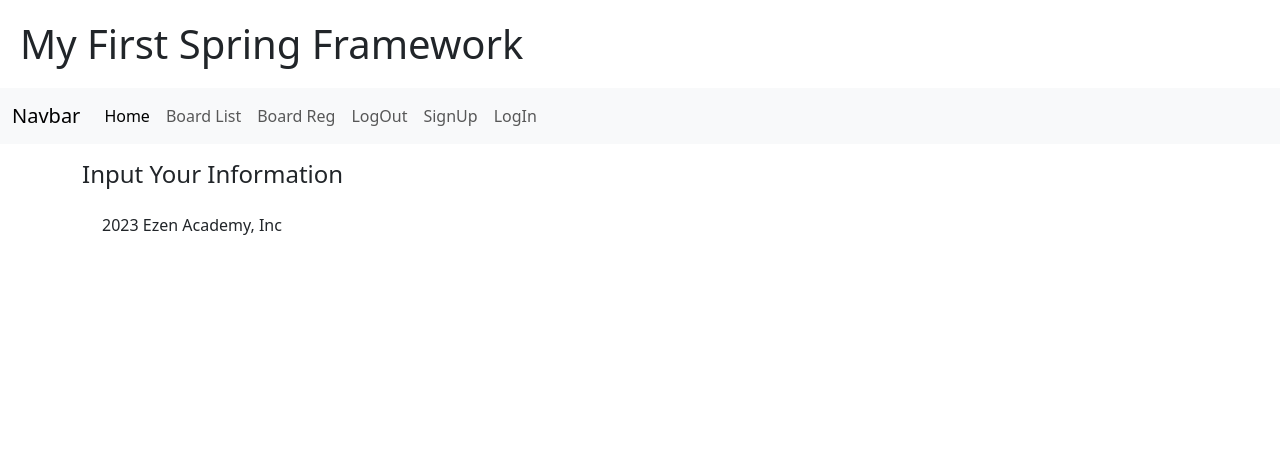
Repository: dhalfks/240115SpringProject
Page: http://localhost/spring_test2/WEB-INF/views/member/login.jsp
An editor plug-in stored every save of this project. The page is shown before and after the next save, followed by the edit.
The browser window is 1280 px wide. The pictures show the whole page.
The page is served by Tomcat 9. Nobody is signed in. The template is opened directly, without the code that normally fills it, so the values that code supplies are empty.

Above is the page before, as saved 2024-01-15 01:07:46.

After the next save:
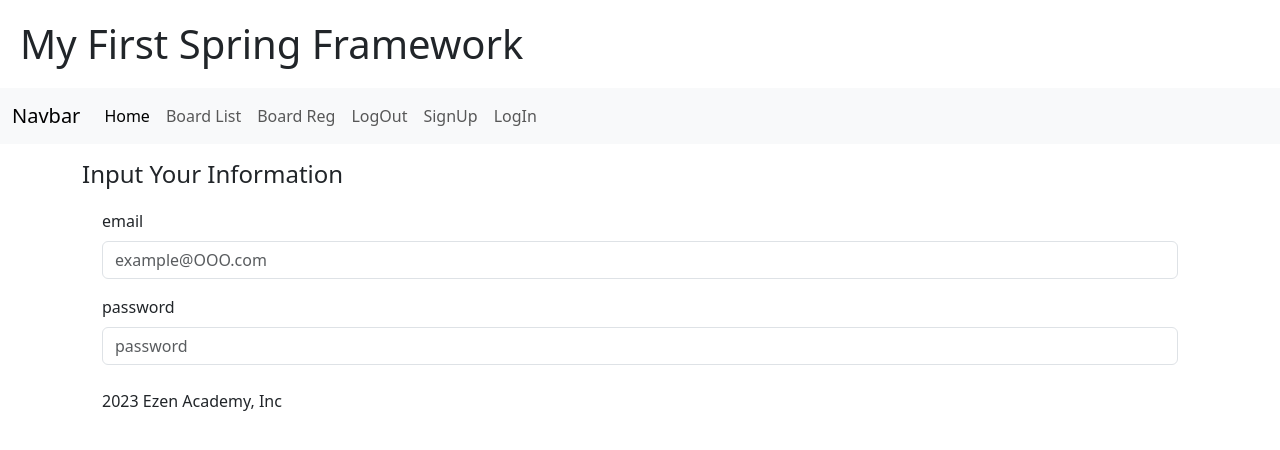
Saved 52 s later.
--- a/spring_test2/src/main/webapp/WEB-INF/views/member/login.jsp
+++ b/spring_test2/src/main/webapp/WEB-INF/views/member/login.jsp
@@ -6,6 +6,17 @@
 <jsp:include page="../layout/nav.jsp" />
 <div class="container my-3">
 <h4 class="mb-3">Input Your Information</h4>
+	<form action="/member/register" method="post">
+	<div class="mb-3">
+	  <label for="e" class="form-label">email</label>
+	  <input type="email" class="form-control" name="email" id="e" placeholder="example@OOO.com">
+	</div>
+	<div class="mb-3">
+	  <label for="p" class="form-label">password</label>
+	  <input type="password" class="form-control" name="pwd" id="p" placeholder="password">
+	</div>
+</form>
+
 
 </div>
 
